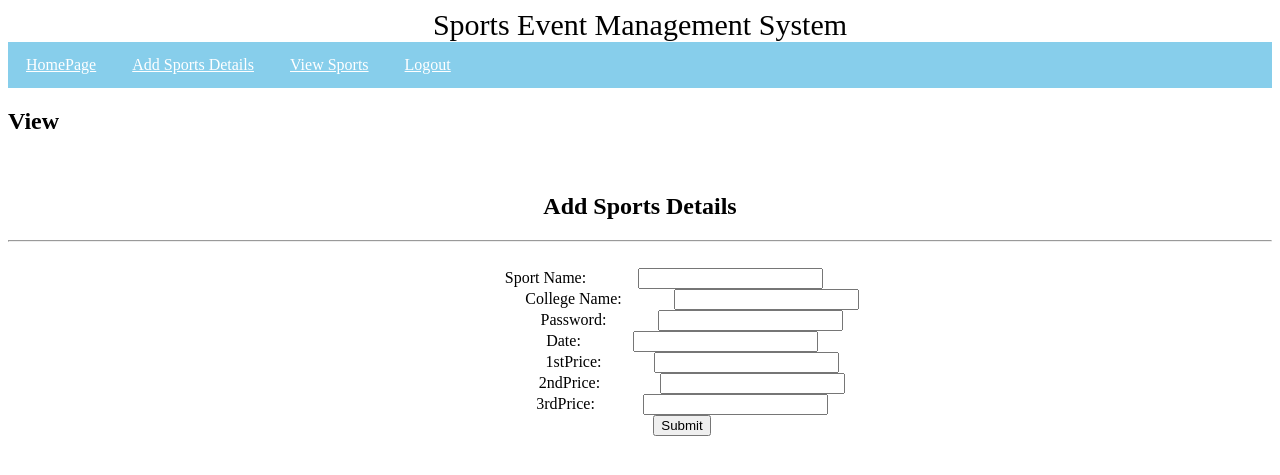
Repository: svrm1014/sportseventmanagement
Page: http://localhost/sportsmanagement/WEB-INF/views/addsportsdetails.jsp
These files come from the project's save history. The page is drawn as it stood at one moment and after the next save; the edit follows.
The browser window is 1280 px wide. The pictures show the whole page.
The page is served by Tomcat 9. Nobody is signed in. The template is opened directly, without the code that normally fills it, so the values that code supplies are empty.

Above is the page before, as saved 2021-05-04 00:04:28.

After the next save:
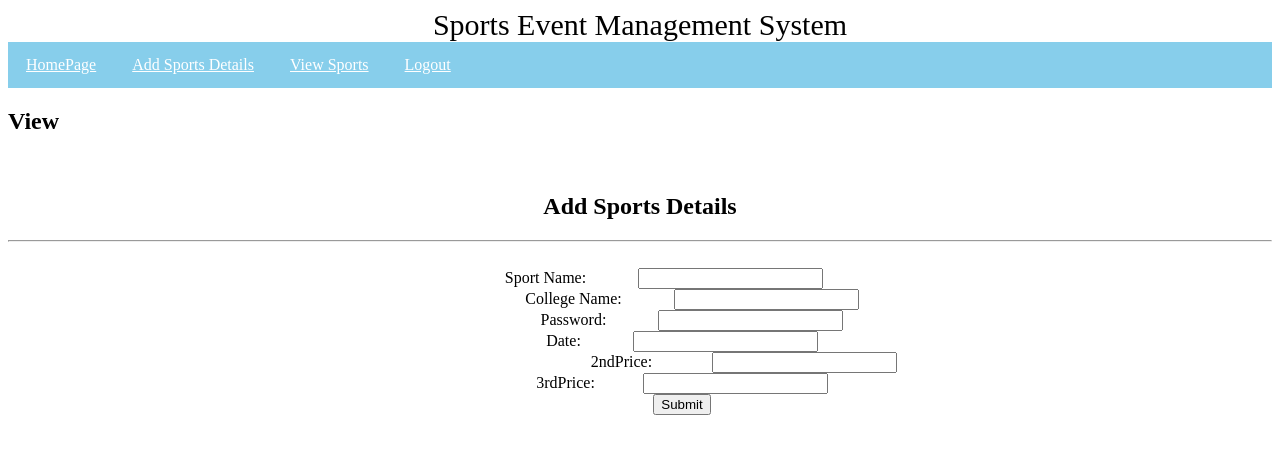
Saved 30 s later.
--- a/sportsmanagement/src/main/webapp/WEB-INF/views/addsportsdetails.jsp
+++ b/sportsmanagement/src/main/webapp/WEB-INF/views/addsportsdetails.jsp
@@ -62,8 +62,8 @@ color:white;
             <form:label path="date" placeholder="dd/mm/yyyy">Date:</form:label>
             <form:input path="date"/><br/>
 
-            <form:label path="firstprice">1stPrice:</form:label>
-            <form:input path="firstprice"/><br/>
+           <%--  <form:label path="firstprice">1stPrice:</form:label>
+            <form:input path="firstprice"/><br/> --%>
 
             <form:label path="secondprice">2ndPrice:</form:label>
               <form:input path="secondprice"/><br/>
